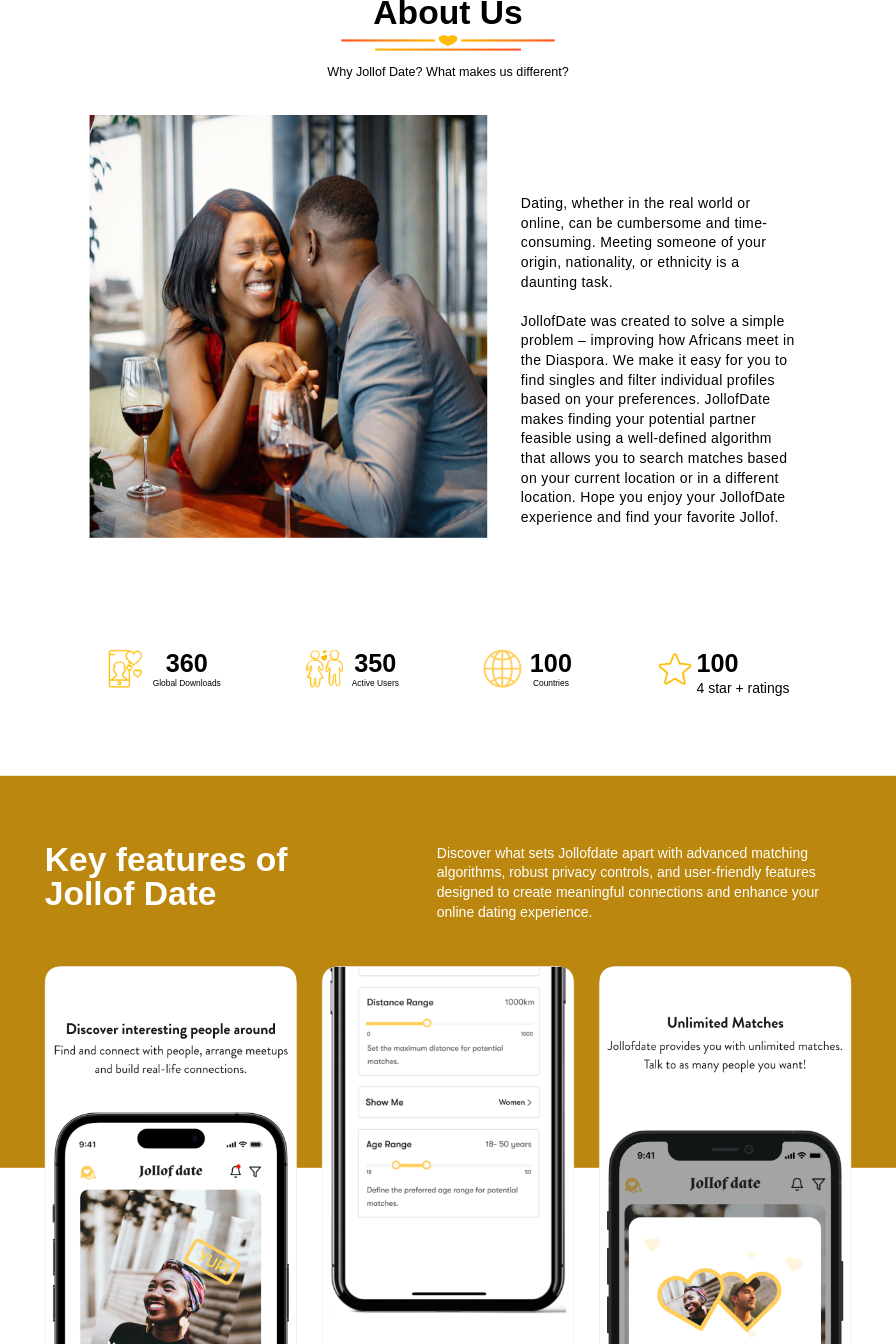
Repository: FarhanNasiru/jollofdate-frontend
Page: /
The author's editor kept a copy of each file at every save. The page is drawn from the files as they stood at one save, then again after the next save.
The browser window is 1280 px wide. The pictures show the part of the page from y = 1086 to 3006 px (the page is 7532 px tall), at 70% of full size.
Some web fonts or font styles are not loaded; a fallback is used. The project was rebuilt for these pictures with package versions that can differ from the ones it lists, and the page was loaded fresh each time. Also part of the build but not shown: vite.config.js, src/Pages/Footer2.jsx, src/components/Header2.jsx, src/Pages/privacy.jsx, src/Pages/Term.jsx.

Above is the page before, as saved 2024-08-20 06:41:38.

After the next save:
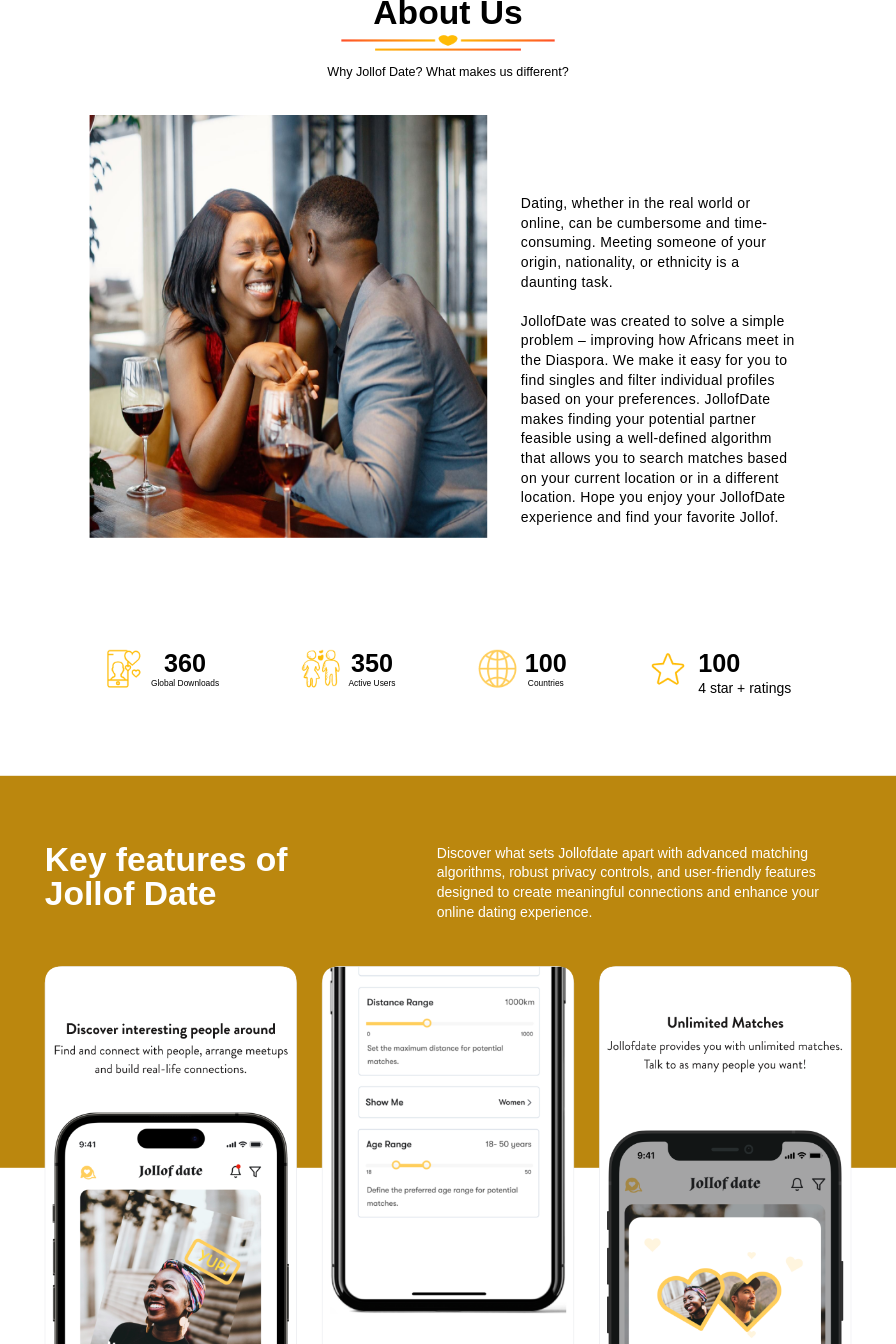
Saved 81 s later.
--- a/src/components/Aboutus.jsx
+++ b/src/components/Aboutus.jsx
@@ -66,7 +66,7 @@
               <h2 className="text-xs">Countries</h2>
             </div>
           </div>
-          <div className="flex">
+          <div className="flex space-x-3">
             <div>
               <img src="/Images/Star2.png" alt="" className="pr-1" />
             </div>
